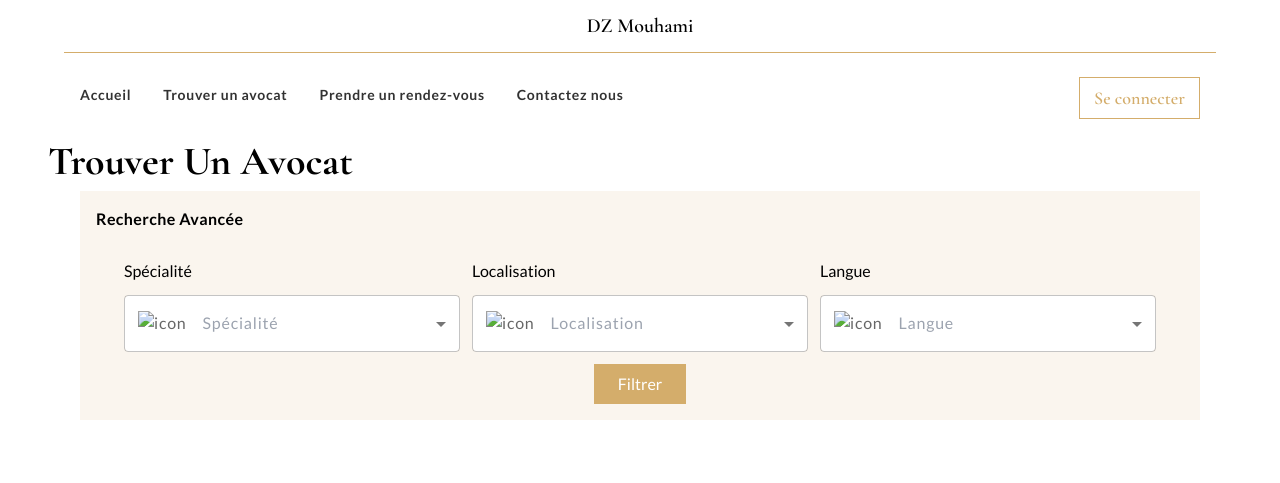
Repository: Chekrouba-Tinhinane/Mohami_dz
Page: /Search (app in client/)
These files come from the project's save history. The page is drawn as it stood at one moment and after the next save; the edit follows.
The browser window is 1280 px wide. The pictures show the whole page.
The project was rebuilt for these pictures with package versions that can differ from the ones it lists, and the page was loaded fresh each time. Also part of the build but not shown: client/vite.config.js, client/src/LandingPage.jsx, client/src/SignIn.jsx, client/src/components/Profile.jsx.

Above is the page before, as saved 2024-01-25 18:28:12.

### client/index.html
<!doctype html>
<html lang="en">
  <head>
    <meta charset="UTF-8" />
    <link rel="icon" type="image/svg+xml" href="/vite.svg" />
    <meta name="viewport" content="width=device-width, initial-scale=1.0" />
    <title>Mouhami DZ</title>
  </head>
  <body>
    <div id="root"></div>
    <script type="module" src="/src/App.jsx"></script>
  </body>
</html>

### client/src/App.jsx
import React from "react";
import { createRoot } from "react-dom/client";
import { BrowserRouter, Routes, Route } from "react-router-dom";
import "./index.css";
import LandingPage from "./LandingPage";
import SignIn from "./SignIn";
import Search from "./Search";
import HomeLayout from "./components/super/HomeLayout";
import Profile from "./components/Profile";

const App = () => {
  return (
    <BrowserRouter>
      <Routes>
        <Route path={"/"} element={<LandingPage />} />

        <Route path={"/Signin"} element={<SignIn />} />
        <Route
          path={"/Search"}
          element={<HomeLayout pageComponent={<Search />} />}
        />
        {/* <Route path={"/Signin"} element={<SignIn />} />
        <Route
          path={"/Schedule"}
          element={<HomeLayout pageComponent={<Schedule />} />}
        />

        <Route
          path={"/Settings"}
          element={<HomeLayout pageComponent={<Staff />} />}
        />
        <Route
          path={"/profile/:id"}
          element={<HomeLayout pageComponent={<Profile />} />}
        /> */}
        <Route
          path={"/profile"}
          element={<HomeLayout pageComponent={<Profile />} />}
        />
      </Routes>
    </BrowserRouter>
  );
};

export default App;

const root = createRoot(document.getElementById("root"));
root.render(<App />);

### client/src/index.css
@import url("https://fonts.googleapis.com/css2?family=Cormorant+Garamond:wght@300;400;500;600;700&family=Lato:wght@100;300;400;700;900&display=swap");

@tailwind base;
@tailwind components;
@tailwind utilities;

@layer base {
  a {
    @apply cursor-pointer;
  }
  h1 {
    @apply text-[50px] font-bold;
  }
  h2 {
    @apply text-[2.5rem] font-bold;
  }
  p {
  }
  h3 {
  }
  h4 {
    @apply text-[1rem] font-semibold;
  }
  textarea {
  }
  input {
  }
  select {
  }
}

* {
  /*font-family: 'Cormorant Garamond', serif; */
  font-family: "Lato", sans-serif;
  box-sizing: border-box;
  padding: 0;
  margin: 0;
}

.recursive {
  font-family: "Cormorant Garamond", serif;
}

.nav-item::after {
  content: "";
  display: block;
  width: 0;
  height: 2px;
  margin-top: 5px;
  background-color: rgb(212, 173, 107);
  transition: width 0.4s;
}

.nav-item:hover::after {
  width: 100%;
}

### client/src/Search.jsx
import React from "react";
import SearchContainer from "./components/SearchContainer";

const Search = () => {
  return (
    <div className="flex justify-center w-full">
      <div className=" flex flex-col w-full mx-4">
        <h2 className=" recursive">Trouver Un Avocat</h2>

        {/* <div className="bg-primary p-4 relative inline-block">
            Rechercher +
          </div> */}
        <div className="mx-8">
          <SearchContainer />
        </div>
      </div>
    </div>
  );
};

export default Search;

### client/src/components/super/HomeLayout.jsx
import React, { useState } from "react";
import NavBar from "./NavBar";

const HomeLayout = ({ pageComponent }) => {
  return (
    <div className=" flex flex-col min-h-screen items-center">
      <header className=" p-3 recursive border-b border-b-primary w-[90%] text-center font-semibold text-xl">
        {" "}
        DZ Mouhami{" "}
      </header>
      <NavBar />

      <div className={` w-full px-8  `}>{pageComponent}</div>
    </div>
  );
};

export default HomeLayout;

### client/src/components/super/NavBar.jsx
import { motion } from "framer-motion";
import { Link } from "react-router-dom";
import { Link as ScrollLink } from "react-scroll";

const NavBar = () => {
  return (
    <div
      whileHover={{ scale: 1, originX: 0, color: "#D4AD6B" }}
      transition={{ type: "tween", duration: 0.2 }}
      className=" flex items-center px-20 pt-6 mb-3 w-full justify-between "
    >
      <motion.ul className="flex gap-[2rem] text-sm">
        <motion.li
          whileHover={{ scale: 1, originX: 0, color: "#D4AD6B" }}
          transition={{ type: "tween", duration: 0.2 }}
          className=" font-semibold opacity-80 tracking-wider cursor-pointer"
        >
          <ScrollLink
            to={"about"}
            spy={true}
            smooth={true}
            offset={-50}
            duration={500}
            className="nav-item"
          >
            Accueil
          </ScrollLink>
        </motion.li>
        <motion.li
          whileHover={{ scale: 1, originX: 0, color: "#D4AD6B" }}
          transition={{ type: "tween", duration: 0.2 }}
          className=" font-semibold opacity-80 tracking-wider cursor-pointer"
        >
          <ScrollLink
            to="hero"
            spy={true}
            smooth={true}
            offset={0}
            duration={500}
            className="nav-item"
          >
            Trouver un avocat
          </ScrollLink>
        </motion.li>
        <motion.li
          whileHover={{ scale: 1, originX: 0, color: "#D4AD6B" }}
          transition={{ type: "tween", duration: 0.2 }}
          className=" font-semibold opacity-80 tracking-wider cursor-pointer"
        >
          <ScrollLink
            to="appoint"
            spy={true}
            smooth={true}
            offset={50}
            duration={500}
            className="nav-item"
          >
            Prendre un rendez-vous
          </ScrollLink>
        </motion.li>
        <motion.li
          whileHover={{ scale: 1, originX: 0, color: "#D4AD6B" }}
          transition={{ type: "tween", duration: 0.2 }}
          className=" font-semibold opacity-80 tracking-wider cursor-pointer"
        >
          <ScrollLink
            to="footer"
            spy={true}
            smooth={true}
            offset={-100}
            duration={500}
            className="nav-item"
          >
            Contactez nous
          </ScrollLink>
        </motion.li>
      </motion.ul>
      <div className="flex gap-[1rem]">
        <Link
          to={"/SignIn"}
          href=""
          className=" recursive flex items-center font-semibold text-primary border border-primary bg-white text-center text-lg py-1.5 px-3.5 hover:bg-opacity-70 "
        >
          Se connecter
        </Link>
      </div>
    </div>
  );
};

export default NavBar;

### client/src/components/SearchContainer.jsx
import React, { useState } from "react";
import Selector from "./Selector";

const SearchContainer = () => {
  // State for selected options
  const [selectedSpeciality, setSelectedSpeciality] = useState("");
  const [selectedLocation, setSelectedLocation] = useState("");
  const [selectedLanguage, setSelectedLanguage] = useState("");

  const handleFilterClick = () => {
    // Implement your filter logic here using selected options
    // You can use selectedSpeciality, selectedLocation, and selectedLanguage states
  };

  return (
    <div className="flex flex-col gap-3 pb-4 w-full bg-lightBrown">
      <h3 className="place-self-start text-opacity-65 font-semibold tracking-wide p-4">
        Recherche Avancée
      </h3>

      <div className="flex justify-center gap-3 ">

        <div className="flex flex-col basis-[30%] gap-3">
          <div>Spécialité</div>
          <Selector
            selectCategory="Spécialité"
            selectedOption={selectedSpeciality}
            setSelectedOption={setSelectedSpeciality}
          />
        </div>
        <div className="flex flex-col basis-[30%] gap-3">
          <div>Localisation</div>
          <Selector
            selectCategory="Localisation"
            selectedOption={selectedLocation}
            setSelectedOption={setSelectedLocation}
          />
        </div>
        <div className="flex flex-col basis-[30%] gap-3">
          <div>Langue</div>
          <Selector
            selectCategory="Langue"
            selectedOption={selectedLanguage}
            setSelectedOption={setSelectedLanguage}
          />
          {/* Implement your language selector here */}
        </div>


      </div>

      <button className="bg-primary text-white px-6 py-2 place-self-center" onClick={handleFilterClick}>
        Filtrer
      </button>
    </div>
  );
};

export default SearchContainer;

### client/src/components/Selector.jsx
import React from "react";
import { MenuItem, Select, InputLabel, FormControl } from "@mui/material";

const Selector = ({ selectCategory, icon, selectedOption, setSelectedOption }) => {
  const handleChange = (event) => {
    setSelectedOption(event.target.value);
  };

  return (
    <FormControl fullWidth className="bg-white rounded-md min-w-max">
      <InputLabel id="select-label">
        <div className="flex items-center gap-4  tracking-wider">
          <img src={icon} className="cursor-pointer " alt="icon" />
          <span className=" text-gray-400  font-normal">{selectCategory}</span>
        </div>
      </InputLabel>
      <Select
        labelId="select-label"
        id="select"
        value={selectedOption}
        onChange={handleChange}
        label="Select Option"
      >
        <MenuItem value={null}>None</MenuItem> {/* Option to unselect */}
        <MenuItem value={1}>Option 1</MenuItem>
        <MenuItem value={2}>Option 2</MenuItem>
        <MenuItem value={3}>Option 3</MenuItem>
      </Select>
    </FormControl>
  );
};

export default Selector;

### client/tailwind.config.js
/** @type {import('tailwindcss').Config} */
module.exports = {
  content: ["./src/**/*.{js,jsx,ts,tsx}"],
  theme: {
    extend: {
      colors: {
        lightBrown: "#FAF5EE",
        primary: "#D4AD6B"
      },
    },
  },
  plugins: [],
};

After the next save:
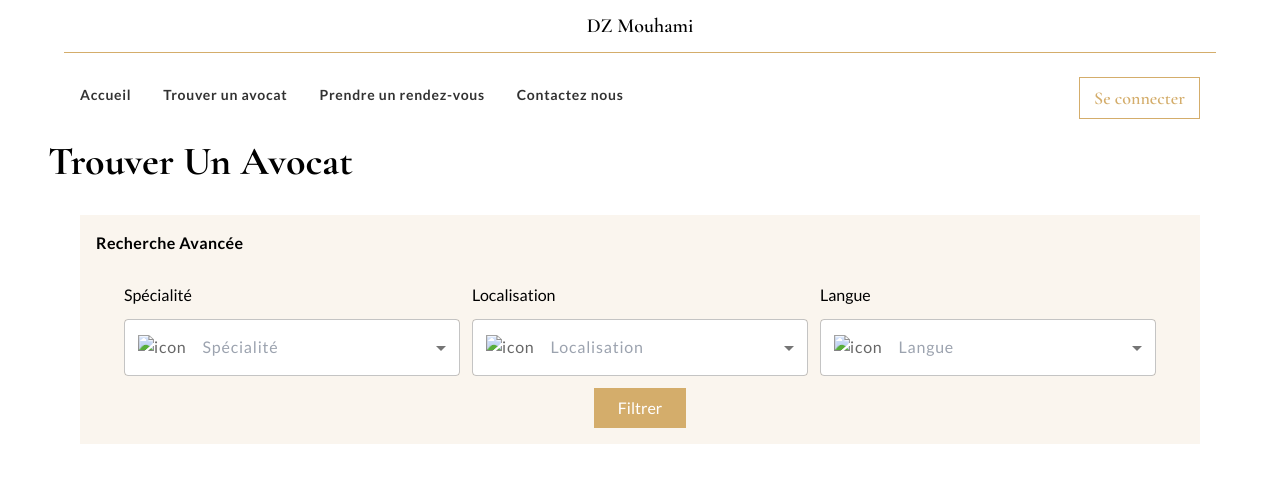
Saved 21 s later.
--- a/client/src/Search.jsx
+++ b/client/src/Search.jsx
@@ -4,7 +4,7 @@ import SearchContainer from "./components/SearchContainer";
 const Search = () => {
   return (
     <div className="flex justify-center w-full">
-      <div className=" flex flex-col w-full mx-4">
+      <div className=" flex flex-col w-full mx-4 gap-6">
         <h2 className=" recursive">Trouver Un Avocat</h2>
 
         {/* <div className="bg-primary p-4 relative inline-block">
